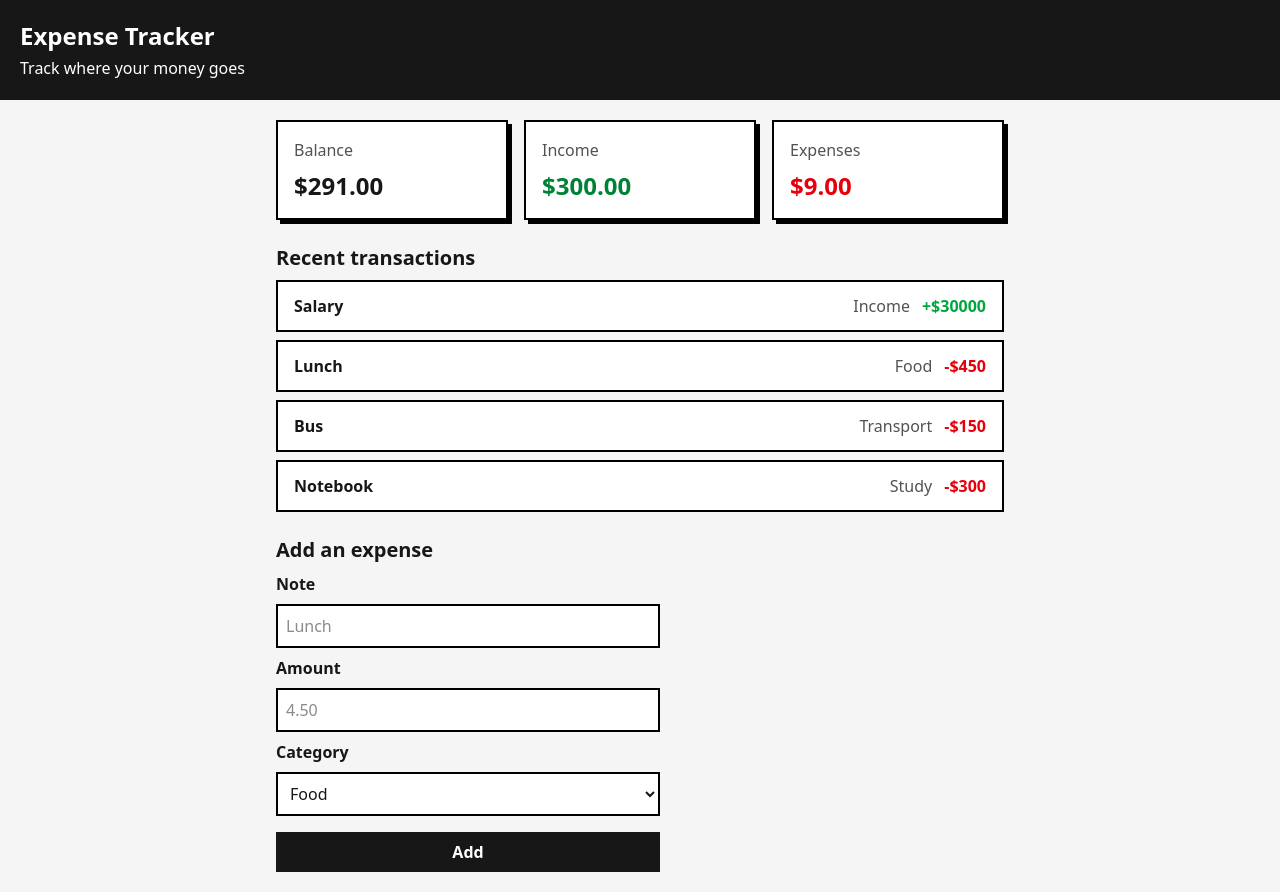
Repository: Keanbunheng/html-basics-Day1_AI
Page: expense-tracker-w2-d4-start/index.html
The author's editor kept a copy of each file at every save. The page is drawn from the files as they stood at one save, then again after the next save.
The browser window is 1280 px wide. The pictures show the whole page.

Above is the page before, as saved 2026-11-17 21:10:22.

After the next save:
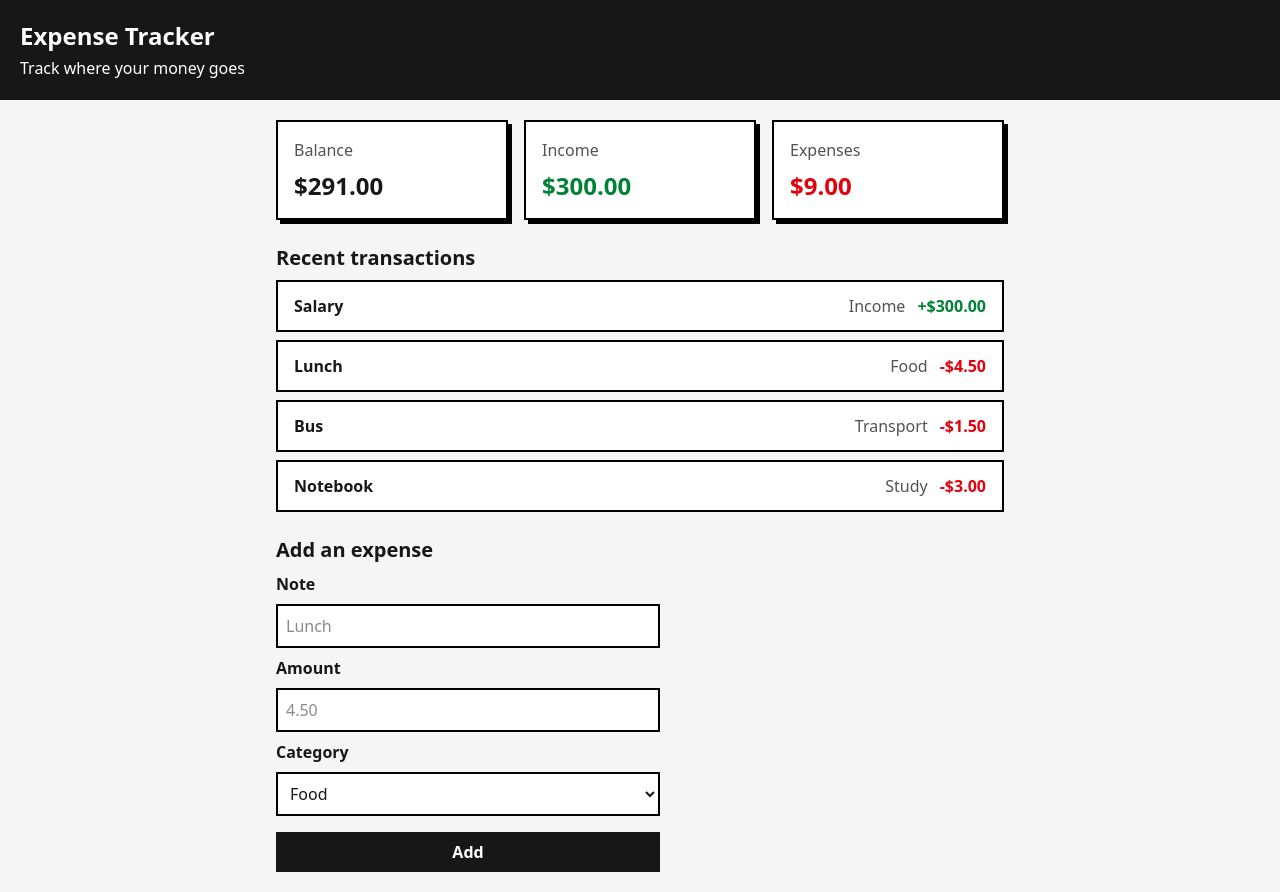
Console error: SyntaxError: Unexpected token '}'
Saved 32 s later.
--- a/expense-tracker-w2-d4-start/app.js
+++ b/expense-tracker-w2-d4-start/app.js
@@ -109,7 +109,7 @@ lists.innerHTML = transactions
   <li class="mb-2 flex flex-col gap-1 border-2 border-black bg-white px-4 py-3 sm:flex-row sm:justify-between sm:gap-3">
     <span class="flex-1 font-semibold">${ele.note}</span>
     <span class="text-neutral-600">${ele.category}</span>
-    <span class="font-bold ${isExpense ? 'text-red-600' : 'text-green-600'}">${isExpense ? '-' : '+'}$${ele.amountCents}</span>
+    <span class="font-bold ${isExpense ? 'text-red-600' : 'text-green-600'}">${isExpense ? '-' : '+'}$${}</span>
   </li>
 `;
   })

After the 2 saves that followed:
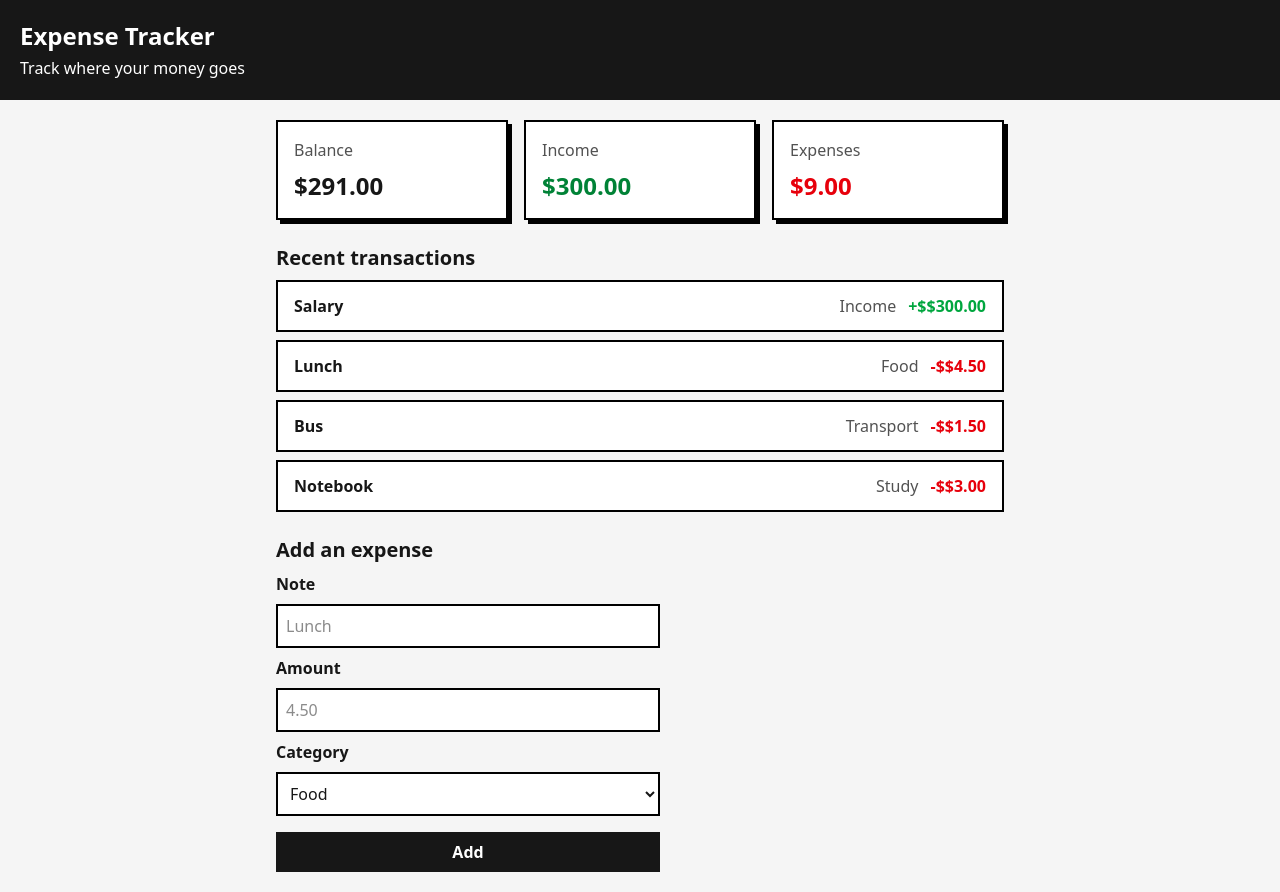
The error is gone.
The 2 saves are shown as one change because they came seconds apart.
The last was saved 16 s later.
--- a/expense-tracker-w2-d4-start/app.js
+++ b/expense-tracker-w2-d4-start/app.js
@@ -109,7 +109,7 @@ lists.innerHTML = transactions
   <li class="mb-2 flex flex-col gap-1 border-2 border-black bg-white px-4 py-3 sm:flex-row sm:justify-between sm:gap-3">
     <span class="flex-1 font-semibold">${ele.note}</span>
     <span class="text-neutral-600">${ele.category}</span>
-    <span class="font-bold ${isExpense ? 'text-red-600' : 'text-green-600'}">${isExpense ? '-' : '+'}$${}</span>
+    <span class="font-bold ${isExpense ? 'text-red-600' : 'text-green-600'}">${isExpense ? '-' : '+'}$${formatMoney(ele.amountCents)}</span>
   </li>
 `;
   })
